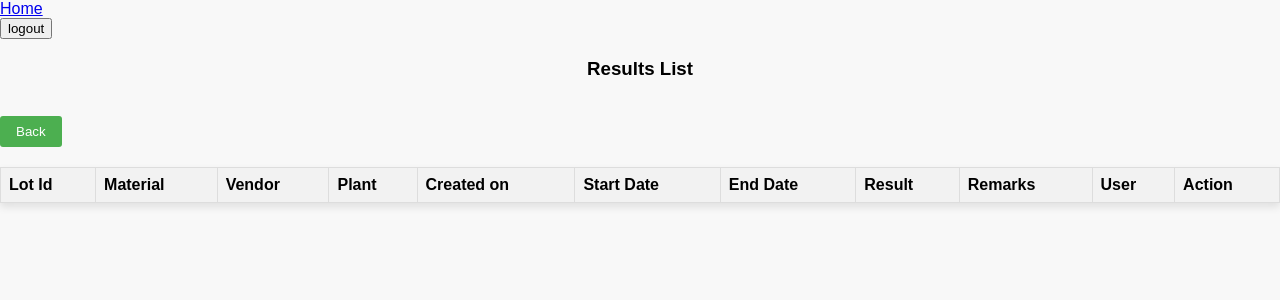
Repository: SJagadesh123/material-inspection01
Page: http://localhost/material_inspection/views/show-results.jsp
The author's editor kept a copy of each file at every save. The page is drawn from the files as they stood at one save, then again after the next save.
The browser window is 1280 px wide. The pictures show the whole page.
The page is served by Tomcat 10. Other server files are loaded and not shown.

Above is the page before, as saved 2024-02-10 18:40:35.
Not found: material inspection/material_inspection/css/header.css

### material inspection/material_inspection/src/main/webapp/views/show-results.jsp
<jsp:include page="header.jsp"></jsp:include>
<%@ page language="java" contentType="text/html; charset=ISO-8859-1"
    pageEncoding="ISO-8859-1"%>
<%@ taglib uri="http://java.sun.com/jsp/jstl/core" prefix="c"%>
<%@ page import="java.util.*"%>
<%@ page import="com.zettamine.mi.entities.Vendor" %>

<!DOCTYPE html>
<html>
<head>
<meta charset="ISO-8859-1">
<link rel="stylesheet" href="/css/search-list.css"/>
<style type="text/css">
	h3{
		text-align: center;
	}
</style>
<title>Results List</title>
</head>
<body>
<h3>Results List</h3>
	<br>
    <input type="button" value="Back" onclick="window.location.href='/material-inspection/inspection'">
	 <table class="search-results">
    <thead>
      <tr>
        <th>Lot Id</th>
        <th>Material</th>
        <th>Vendor</th>
        <th>Plant</th>
        <th>Created on</th>
        <th>Start Date</th>
        <th>End Date</th>
        <th>Result</th>
        <th>Remarks</th>
        <th>User</th>

        <th>Action</th>
      </tr>
    </thead>
    <tbody>

			<c:forEach var="inspection" items="${inspection}">

			<tr>

				<td>${inspection.inspectionLotId}</td>
				<td>${inspection.material.description}</td>
				<td>${inspection.vendor.vendorName}</td>
				<td>${inspection.plant.plantName}</td>
				<td>${inspection.inspCreatedDate}</td>
				<td>${inspection.inspStartDate}</td>
				<td>${inspection.inspEndDate}</td>
				<td>${inspection.inspectionResult}</td>
				<td>${inspection.inspectionRemarks}</td>
				<td>${inspection.user.userName}</td>

				<td class="action-links">
				<a class="view-project" href="/material-inspection/inspection/show/id=${inspection.inspectionLotId}">view</a>
<%--             <a class="add-project" href="/material-inspection/vendor/show-char/id=${vendor.getVendorId()}">Delete</a>
 --%>
			</tr>
			</c:forEach>

    </tbody>
  </table>


</body>
</html>

### material inspection/material_inspection/src/main/webapp/views/header.jsp
<%@ page language="java" contentType="text/html; charset=ISO-8859-1"
	pageEncoding="ISO-8859-1"%>


<!DOCTYPE html>
<html lang="en">

<head>
<meta charset="UTF-8">
<meta name="viewport" content="width=device-width, initial-scale=1.0">

<link rel="stylesheet" href="/css/header.css">

</head>

<body>

	<nav>
		<div id="logo">

		</div>
		<div id="home-logout">
			<a href="/material-inspection/home-page">Home</a>

		</div>
		<form action="logout"><input type="submit" value="logout"></form>
	</nav>



</body>

</html>

### material inspection/material_inspection/src/main/webapp/css/search-list.css
@charset "ISO-8859-1";

body {
	font-family: Arial, sans-serif;
	background-color: #f8f8f8;
	margin: 0;
	padding: 0;
}

table.search-results {
	width: 100%;
	border-collapse: collapse;
	margin-top: 20px;
	background-color: #fff;
	box-shadow: 0 4px 8px rgba(0, 0, 0, 0.1);
}

table.search-results th, table.search-results td {
	border: 1px solid #ddd;
	padding: 8px;
	text-align: left;
}

table.search-results th {
	background-color: #f2f2f2;
}

.action-links a {
	margin-right: 10px;
	text-decoration: none;
	padding: 5px 10px;
	border: 1px solid #ccc;
	border-radius: 3px;
	color: #333;
}

.action-links a:hover {
	background-color: green;
}

input[type="button"] {
	padding: 8px 16px;
	background-color: #4caf50;
	color: #fff;
	border: none;
	border-radius: 3px;
	cursor: pointer;
	transition: background-color 0.3s ease-in-out;
}

input[type="button"]:hover {
	background-color: #45a049;
}

.container {
	display: flex;
	justify-content: center;
	align-items: center;
	height: 100%;
	background-color: #f0f0f0;
}

.inspection-table {
	border-collapse: collapse;
	width: 30%;
	margin-top: 30px;

}

.inspection-table th, .inspection-table td {
	padding: 8px;
	text-align: left;
	border-bottom: 1px solid #ddd;
}

.inspection-table th {
	background-color: #f2f2f2;
}

.inspection-table td {
	background-color: #fff;
}

After the next save:
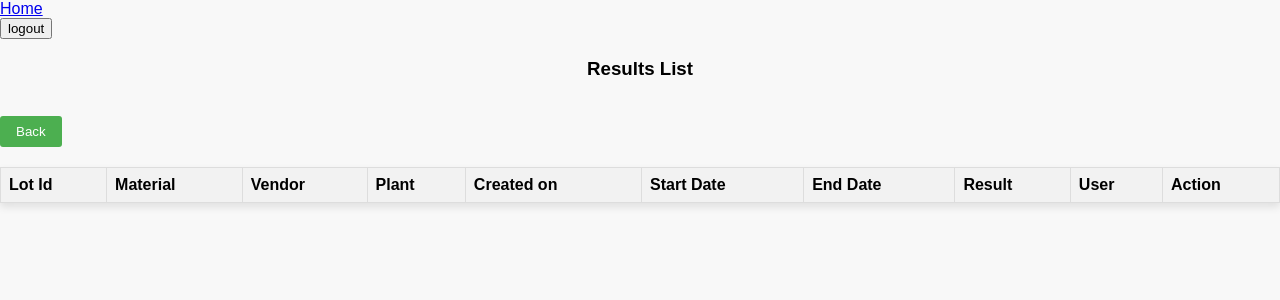
Saved 2 min 58 s later.
--- a/material inspection/material_inspection/src/main/webapp/views/show-results.jsp
+++ b/material inspection/material_inspection/src/main/webapp/views/show-results.jsp
@@ -32,7 +32,6 @@
         <th>Start Date</th>
         <th>End Date</th>
         <th>Result</th>
-        <th>Remarks</th>
         <th>User</th>
 
         <th>Action</th>
@@ -52,7 +51,6 @@
 				<td>${inspection.inspStartDate}</td>
 				<td>${inspection.inspEndDate}</td>
 				<td>${inspection.inspectionResult}</td>
-				<td>${inspection.inspectionRemarks}</td>
 				<td>${inspection.user.userName}</td>
 
 				<td class="action-links">
